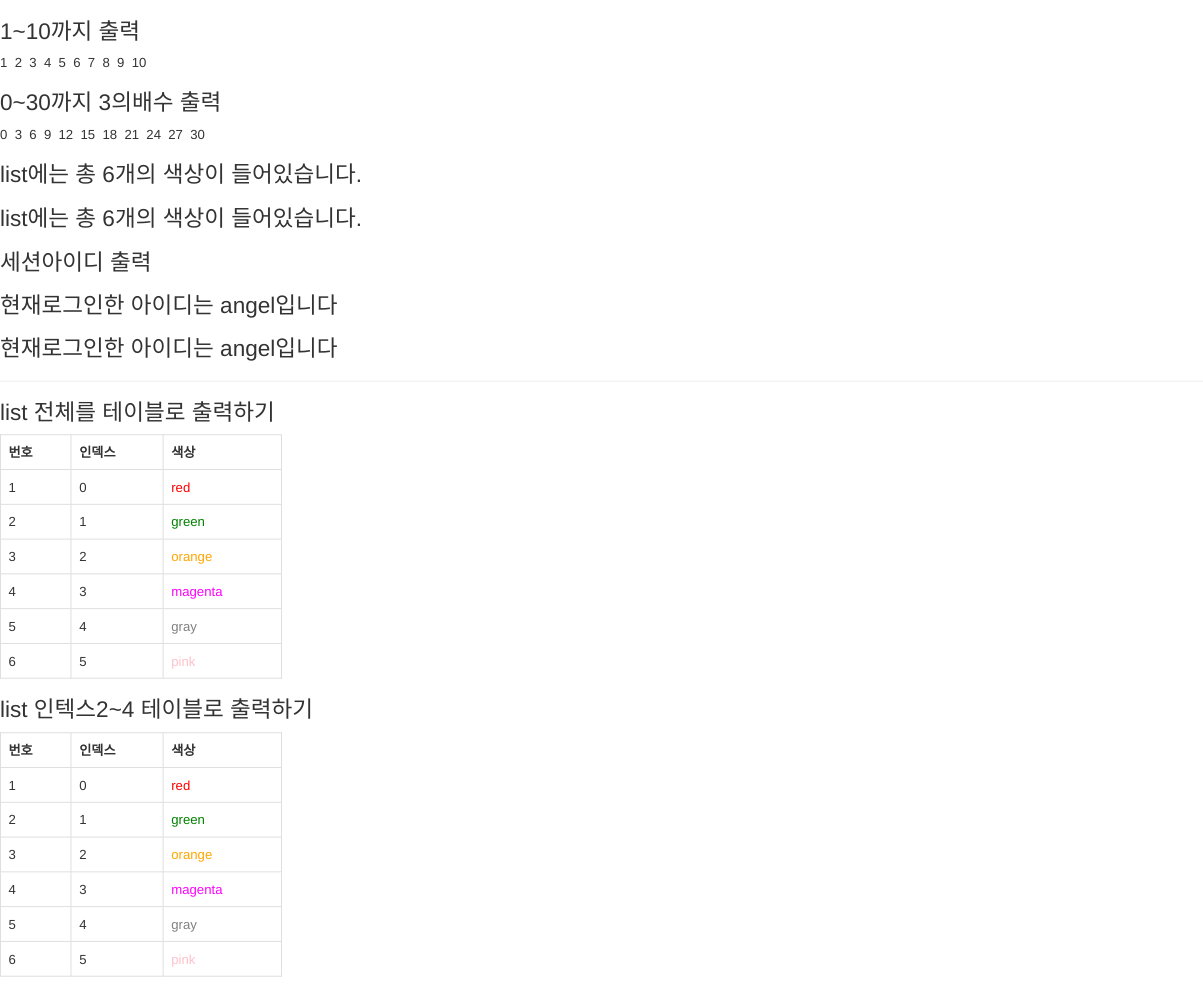
Repository: jungbee2/jungproject
Page: http://localhost/JstlProject/day0330/ex5_foreach.jsp
The author's editor kept a copy of each file at every save. The page is drawn from the files as they stood at one save, then again after the next save.
The browser window is 1280 px wide. The pictures show the whole page, at 94% of full size.
Some web fonts or font styles are not loaded; a fallback is used. The page is served by Tomcat 9. Other server files are loaded and not shown.

Above is the page before, as saved 2023-03-30 02:35:15.

### JstlProject/src/main/webapp/day0330/ex5_foreach.jsp
<%@page import="java.util.List"%>
<%@page import="java.util.ArrayList"%>
<%@ page language="java" contentType="text/html; charset=utf-8"
	pageEncoding="utf-8"%>
<%@ taglib uri="http://java.sun.com/jsp/jstl/core" prefix="c"%>
<%@ taglib uri="http://java.sun.com/jsp/jstl/fmt" prefix="fmt"%>
<!DOCTYPE html>
<html>
<head>
<meta charset="utf-8">
<title>Insert title here</title>

<link
	href="https://fonts.googleapis.com/css2?family=Anton&family=Edu+VIC+WA+NT+Beginner:wght@600&family=Gamja+Flower&family=Single+Day&family=Jua&family=Nanum+Pen+Script&display=swap"
	rel="stylesheet">
<link rel="stylesheet"
	href="https://maxcdn.bootstrapcdn.com/bootstrap/3.4.1/css/bootstrap.min.css">
<script src="https://code.jquery.com/jquery-3.6.3.js"></script>

</head>

<body>
<%
	List<String> list=new ArrayList<>();

	list.add("red");
	list.add("green");
	list.add("orange");
	list.add("magenta");
	list.add("gray");
	list.add("pink");

	request.setAttribute("list", list);
	request.setAttribute("total", list.size());

	//세션에 저장
	session.setAttribute("id", "angel");

%>

<h3>1~10까지 출력</h3>
<c:forEach var="a" begin="1" end="10">
	${a }&nbsp;
</c:forEach>

<h3>0~30까지 3의배수 출력</h3>
<c:forEach var="a" begin="0" end="30" step="3">
	${a }&nbsp;
</c:forEach>

<!-- requestScope 생략가능 -->
<h3>list에는 총 ${requestScope.total }개의 색상이 들어있습니다.</h3>
<h3>list에는 총 ${total }개의 색상이 들어있습니다.</h3>

<!-- sessionScope는 생략하지 않는다 -->
<h3>세션아이디 출력</h3>
<h3>현재로그인한 아이디는 ${sessionScope.id }입니다</h3>
<h3>현재로그인한 아이디는 ${id }입니다</h3>

<hr>
<h3>list 전체를 테이블로 출력하기</h3>
<table class="table table-bordered" style="width:300px;">
<tr>
<th>번호</th>
<th>인덱스</th>
<th>색상</th>
</tr>

<c:forEach  var="s" items="${list }" varStatus="i">
<tr>
<td>${i.count }</td><!-- 무조건 1부터 출력 -->
<td>${i.index }</td><!-- 실제list의 index값이 출력 -->
<td style="color:${s};">${s }</td>
</tr>
</c:forEach>
</table>



<h3>list 인텍스2~4 테이블로 출력하기</h3>
<table class="table table-bordered" style="width:300px;">
<tr>
<th>번호</th>
<th>인덱스</th>
<th>색상</th>
</tr>

<c:forEach  var="s" items="${list }" varStatus="i">
<tr>
<td>${i.count }</td><!-- 무조건 1부터 출력 -->
<td>${i.index }</td><!-- 실제list의 index값이 출력 -->
<td style="color:${s};">${s }</td>
</tr>
</c:forEach>
</table>
</body>
</html>

After the next save:
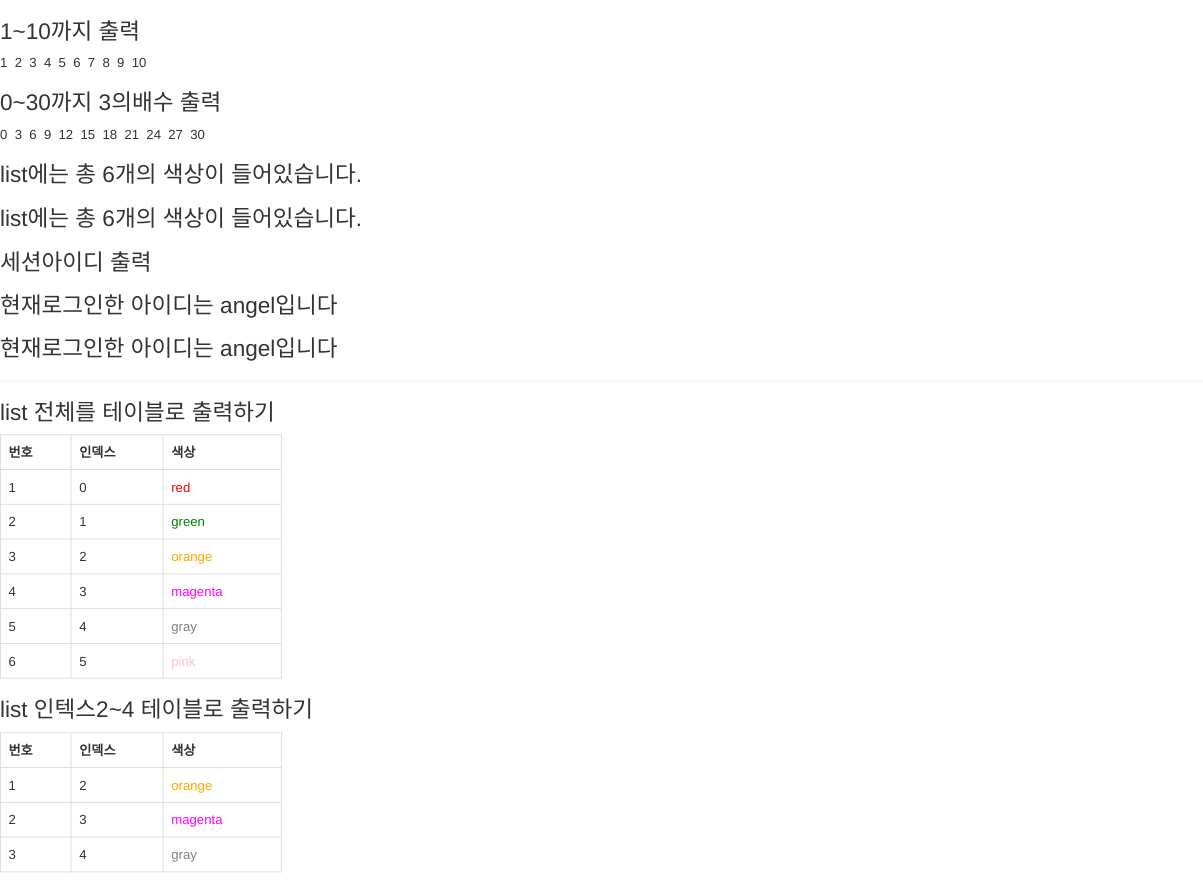
Saved 14 s later.
--- a/JstlProject/src/main/webapp/day0330/ex5_foreach.jsp
+++ b/JstlProject/src/main/webapp/day0330/ex5_foreach.jsp
@@ -85,7 +85,7 @@
 <th>색상</th>
 </tr>
 
-<c:forEach  var="s" items="${list }" varStatus="i">
+<c:forEach  var="s" items="${list }" begin="2" end="4" varStatus="i">
 <tr>
 <td>${i.count }</td><!-- 무조건 1부터 출력 -->
 <td>${i.index }</td><!-- 실제list의 index값이 출력 -->
